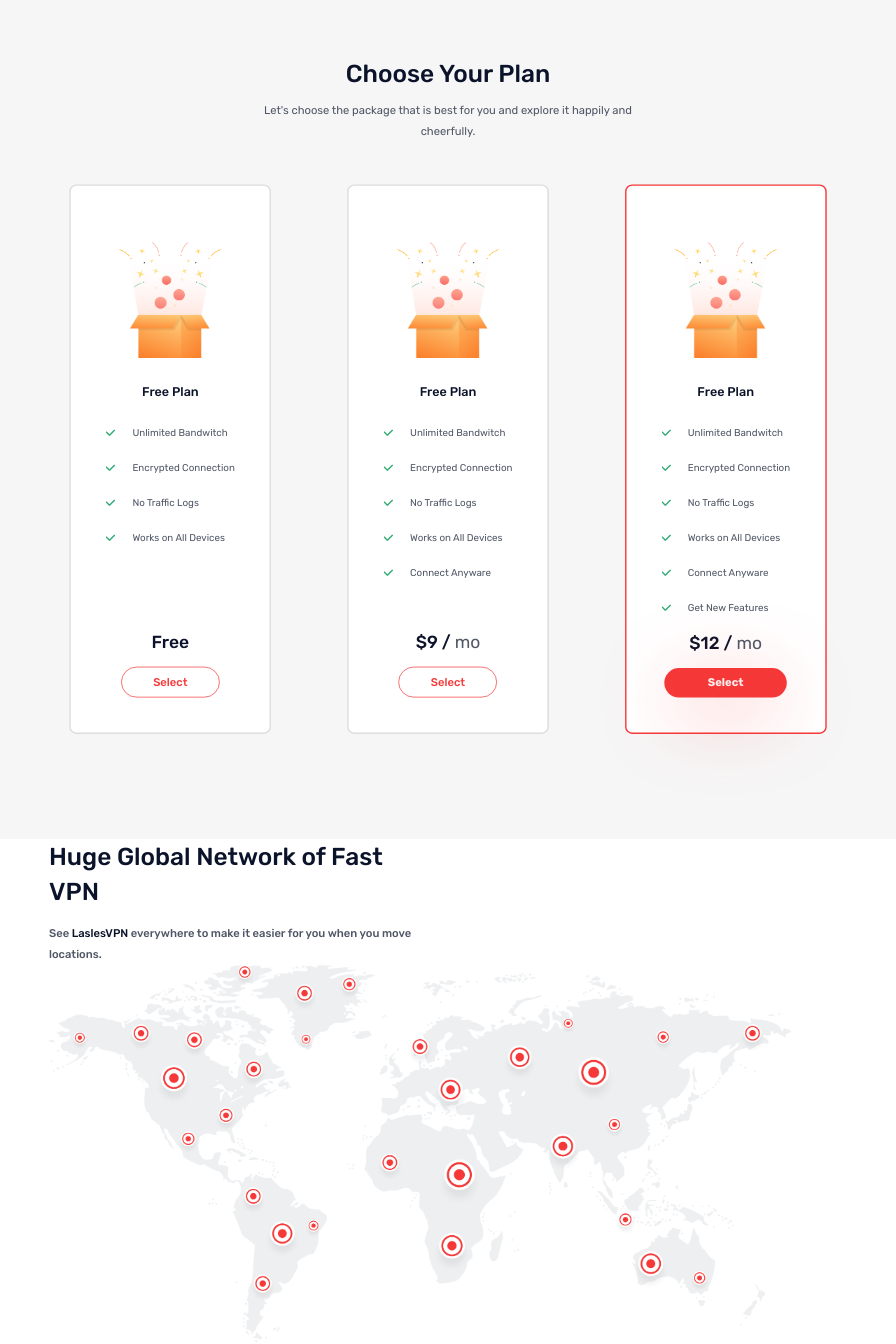
Repository: PhamTrungNguyen/LuyenTap
Page: LT_Figma/index.html
These files come from the project's save history. The page is drawn as it stood at one moment and after the next save; the edit follows.
The browser window is 1280 px wide. The pictures show the part of the page from y = 1399 to 3319 px (the page is 3319 px tall before and 3215 px after), at 70% of full size.
Some web libraries are served in a nearby version. The style sheet was rebuilt from its Sass, Less or Tailwind sources for each picture, by a compiler version that may differ from the author's.

Above is the page before, as saved 2021-12-08 23:14:19.
Console error: TypeError: Cannot read properties of null (reading 'addEventListener')

### LT_Figma/index.html
<!DOCTYPE html>
<html lang="en">

<head>
  <meta charset="UTF-8" />
  <meta http-equiv="X-UA-Compatible" content="IE=edge" />
  <meta name="viewport" content="width=device-width, initial-scale=1.0" />
  <title>Lasles VPN</title>
  <link rel="stylesheet" href="./css/reset.css">
  <link rel="stylesheet" href="./css/app.css" />
  <!-- Link font chữ -->
  <link rel="preconnect" href="https://fonts.googleapis.com">
  <link rel="preconnect" href="https://fonts.gstatic.com" crossorigin>
  <link href="https://fonts.googleapis.com/css2?family=Rubik:wght@400;500;700&display=swap" rel="stylesheet">
</head>

<body>
  <div class="wrapper">
    <!-- ---------------------------------- Phần header ---------------------------------- -->
    <header class="header">
      <div class="container">
        <div class="header-container">
          <img srcset="./images/logo.png 2x" alt="" class="header-logo"> <!-- độ nét logo -->
          <ul class="menu">
            <li class="menu-item">
              <a href="#" class="menu-link">About</a>
            </li>
            <li class="menu-item">
              <a href="#" class="menu-link">Features</a>
            </li>
            <li class="menu-item">
              <a href="#" class="menu-link">Pricing</a>
            </li>
            <li class="menu-item">
              <a href="#" class="menu-link">Testimonials</a>
            </li>
            <li class="menu-item">
              <a href="#" class="menu-link">Help</a>
            </li>
          </ul>
          <div class="header-user">
            <a href="#" class="header-user_in">Sign In</a>
            <a href="#" class="button button--outline">Sign Up</a>
          </div>
        </div>
      </div>
    </header>

    <!-- ---------------------------------- Phần hero ---------------------------------- -->
    <section class="hero">
      <div class="container">
        <div class="hero-container">
          <div class="hero-content">
            <h2 class="hero-content_heading">Want anything to be easy with LaslesVPN.</h2>
            <span class="hero-content_desc">Provide a network for all your needs with ease and fun using
              <strong>LaslesVPN</strong> discover interesting features from us.</span>
            <a href="#" class="button button--primary">Get Started</a>
          </div>
          <div class="hero-image">
            <img srcset="./images/hero-image.png 2x" alt="">
          </div>
        </div>
      </div>
    </section>

    <!-- ---------------------------------- Phần intro ---------------------------------- -->
    <section class="intro">
      <div class="container">
        <div class="intro-container">
          <div class="intro-item">
              <div class="intro-item_user">
                <img srcset="./images/user.png 2x" alt="">
              </div>
              <div class="intro-item_info">
                <h2 class="intro-item_info__number">90+</h2>
                <span class="intro-item_intro__desc">Users</span>
              </div>
          </div>
          <div class="intro-item">
              <div class="intro-item_user">
                <img srcset="./images/location.png 2x" alt="">
              </div>
              <div class="intro-item_info">
                <h2 class="intro-item_info__number">30+</h2>
                <span class="intro-item_intro__desc">Locations</span>
              </div>
          </div>
          <div class="intro-item">
              <div class="intro-item_user">
                <img srcset="./images/server.png 2x" alt="">
              </div>
              <div class="intro-item_info">
                <h2 class="intro-item_info__number">50+</h2>
                <span class="intro-item_intro__desc">Servers</span>
              </div>
          </div>
        </div>
      </div>
    </section>
     <!-- ---------------------------------- Phần Features ---------------------------------- -->
     <section class="feature">
       <div class="container">
         <div class="feature-container">
           <div class="feature-image">
             <img srcset="./images/feature-image.png 2x" alt="">
           </div>
           <div class="feature-content">
             <h3 class="feature-title">We Provide Many Features You Can Use</h3>
             <span class="feature-desc">You can explore the features that we provide with fun and have their own functions each feature.</span>
             <ul class="feature-list">
               <li class="feature-item">
                 <img src="./images/icon-check.svg" alt="" class="feature-item_check">
                 <span class="feature-item_text">Powerfull online protection.</span>
               </li>
               <li class="feature-item">
                 <img src="./images/icon-check.svg" alt="" class="feature-item_check">
                 <span class="feature-item_text">Powerfull online protection.</span>
               </li>
               <li class="feature-item">
                 <img src="./images/icon-check.svg" alt="" class="feature-item_check">
                 <span class="feature-item_text">Powerfull online protection.</span>
               </li>
               <li class="feature-item">
                 <img src="./images/icon-check.svg" alt="" class="feature-item_check">
                 <span class="feature-item_text">Powerfull online protection.</span>
               </li>
             </ul>
           </div>
         </div>
       </div>
     </section>

     <!-- ---------------------------------- Phần Plan ---------------------------------- -->
     <main>
       <section class="plan">
         <div class="container">
           <div class="plan-container">
             <div class="plan-heading">
               <h3 class="plan-heading_title">Choose Your Plan</h3>
               <span class="plan-heading_desc">Let's choose the package that is best for you and explore it happily and cheerfully.</span>
             </div>
             <div class="plan-main">
               <div class="plan-item">
                 <div class="plan-item_image">
                   <img srcset="./images/plan.png 2x" alt="">
                 </div>
                 <h3 class="plan-item_title">Free Plan</h3>
                 <ul class="plan-item--list">
                   <li class="plan-item_text">
                     <img src="./images/icon-check-line.svg" alt="" class="plan-item_icon">
                     <span class="plan-item_desc">Unlimited Bandwitch</span>
                   </li>
                   <li class="plan-item_text">
                     <img src="./images/icon-check-line.svg" alt="" class="plan-item_icon">
                     <span class="plan-item_desc">Encrypted Connection</span>
                   </li>
                   <li class="plan-item_text">
                     <img src="./images/icon-check-line.svg" alt="" class="plan-item_icon">
                     <span class="plan-item_desc">No Traffic Logs</span>
                   </li>
                   <li class="plan-item_text">
                     <img src="./images/icon-check-line.svg" alt="" class="plan-item_icon">
                     <span class="plan-item_desc">Works on All Devices</span>
                   </li>
                 </ul>
                 <h2 class="plan-item_free">Free</h2>
                 <a href="#" class="button button--outline">Select</a>
               </div>
               <div class="plan-item">
                 <div class="plan-item_image">
                   <img srcset="./images/plan.png 2x" alt="">
                 </div>
                 <h3 class="plan-item_title">Free Plan</h3>
                 <ul class="plan-item--list">
                   <li class="plan-item_text">
                     <img src="./images/icon-check-line.svg" alt="" class="plan-item_icon">
                     <span class="plan-item_desc">Unlimited Bandwitch</span>
                   </li>
                   <li class="plan-item_text">
                     <img src="./images/icon-check-line.svg" alt="" class="plan-item_icon">
                     <span class="plan-item_desc">Encrypted Connection</span>
                   </li>
                   <li class="plan-item_text">
                     <img src="./images/icon-check-line.svg" alt="" class="plan-item_icon">
                     <span class="plan-item_desc">No Traffic Logs</span>
                   </li>
                   <li class="plan-item_text">
                     <img src="./images/icon-check-line.svg" alt="" class="plan-item_icon">
                     <span class="plan-item_desc">Works on All Devices</span>
                   </li>
                   <li class="plan-item_text">
                     <img src="./images/icon-check-line.svg" alt="" class="plan-item_icon">
                     <span class="plan-item_desc">Connect Anyware</span>
                   </li>
                 </ul>
                 <h2 class="plan-item_free">$9 / <span>mo</span></h2>
                 <a href="#" class="button button--outline">Select</a>
               </div>
               <div class="plan-item plan-active">
                 <div class="plan-item_image">
                   <img srcset="./images/plan.png 2x" alt="">
                 </div>
                 <h3 class="plan-item_title">Free Plan</h3>
                 <ul class="plan-item--list">
                   <li class="plan-item_text">
                     <img src="./images/icon-check-line.svg" alt="" class="plan-item_icon">
                     <span class="plan-item_desc">Unlimited Bandwitch</span>
                   </li>
                   <li class="plan-item_text">
                     <img src="./images/icon-check-line.svg" alt="" class="plan-item_icon">
                     <span class="plan-item_desc">Encrypted Connection</span>
                   </li>
                   <li class="plan-item_text">
                     <img src="./images/icon-check-line.svg" alt="" class="plan-item_icon">
                     <span class="plan-item_desc">No Traffic Logs</span>
                   </li>
                   <li class="plan-item_text">
                     <img src="./images/icon-check-line.svg" alt="" class="plan-item_icon">
                     <span class="plan-item_desc">Works on All Devices</span>
                   </li>
                   <li class="plan-item_text">
                     <img src="./images/icon-check-line.svg" alt="" class="plan-item_icon">
                     <span class="plan-item_desc">Connect Anyware</span>
                   </li>
                   <li class="plan-item_text">
                     <img src="./images/icon-check-line.svg" alt="" class="plan-item_icon">
                     <span class="plan-item_desc">Get New Features</span>
                   </li>
                 </ul>
                 <h2 class="plan-item_free">$12 / <span>mo</span></h2>
                 <a href="#" class="button button--rounded">Select</a>
               </div>
             </div>
           </div>
         </div>
       </section>
       <!-- ---------------------------------- Phần network ---------------------------------- -->
       <section class="network">
         <div class="container">
           <div class="network-container">
             <div class="network-heading">
               <h2 class="network-heading_title">Huge Global Network of Fast VPN</h2>
               <span class="network-heading_desc">See <strong>LaslesVPN</strong> everywhere to make it easier for you when you move locations.</span>
             </div>
             <div class="network-image">
               <img srcset="./images/network-image.png 2x" alt="">
             </div>
           </div>
         </div>
       </section>
     </main>

  </div>

  <script type="text/javascript" src="https://code.jquery.com/jquery-1.11.0.min.js"></script>
  <script type="text/javascript" src="https://code.jquery.com/jquery-migrate-1.2.1.min.js"></script>
  <script type="text/javascript" src="https://cdn.jsdelivr.net/npm/slick-carousel@1.8.1/slick/slick.min.js"></script>
  <script src="./scripts/app.js"></script>
  <!-- sass ./sass/app.scss ./css/app.css --watch -->
</body>

</html>

### LT_Figma/css/reset.css
/* http://meyerweb.com/eric/tools/css/reset/
   v2.0 | 20110126
   License: none (public domain)
*/

html,
body,
div,
span,
applet,
object,
iframe,
h1,
h2,
h3,
h4,
h5,
h6,
p,
blockquote,
pre,
a,
abbr,
acronym,
address,
big,
cite,
code,
del,
dfn,
em,
img,
ins,
kbd,
q,
s,
samp,
small,
strike,
strong,
sub,
sup,
tt,
var,
b,
u,
i,
center,
dl,
dt,
dd,
ol,
ul,
li,
fieldset,
form,
label,
legend,
table,
caption,
tbody,
tfoot,
thead,
tr,
th,
td,
article,
aside,
canvas,
details,
embed,
figure,
figcaption,
footer,
header,
hgroup,
menu,
nav,
output,
ruby,
section,
summary,
time,
mark,
audio,
video {
  margin: 0;
  padding: 0;
  border: 0;
  font-size: 100%;
  font: inherit;
  vertical-align: baseline;
}
/* HTML5 display-role reset for older browsers */
article,
aside,
details,
figcaption,
figure,
footer,
header,
hgroup,
menu,
nav,
section {
  display: block;
}
body {
  line-height: 1;
}
ol,
ul {
  list-style: none;
}
blockquote,
q {
  quotes: none;
}
blockquote:before,
blockquote:after,
q:before,
q:after {
  content: "";
  content: none;
}
table {
  border-collapse: collapse;
  border-spacing: 0;
}

### LT_Figma/sass/app.scss
@import "reset";
@import "variables";
@import "global";

@import "header";
@import "hero";
@import "intro";
@import "feature";
@import "plan";
@import "network";

### LT_Figma/sass/_reset.scss
/* http://meyerweb.com/eric/tools/css/reset/
   v2.0 | 20110126
   License: none (public domain)
*/

html,
body,
div,
span,
applet,
object,
iframe,
h1,
h2,
h3,
h4,
h5,
h6,
p,
blockquote,
pre,
a,
abbr,
acronym,
address,
big,
cite,
code,
del,
dfn,
em,
img,
ins,
kbd,
q,
s,
samp,
small,
strike,
strong,
sub,
sup,
tt,
var,
b,
u,
i,
center,
dl,
dt,
dd,
ol,
ul,
li,
fieldset,
form,
label,
legend,
table,
caption,
tbody,
tfoot,
thead,
tr,
th,
td,
article,
aside,
canvas,
details,
embed,
figure,
figcaption,
footer,
header,
hgroup,
menu,
nav,
output,
ruby,
section,
summary,
time,
mark,
audio,
video {
  margin: 0;
  padding: 0;
  border: 0;
  font-size: 100%;
  font: inherit;
  vertical-align: baseline;
  text-decoration: none;
}
/* HTML5 display-role reset for older browsers */
article,
aside,
details,
figcaption,
figure,
footer,
header,
hgroup,
menu,
nav,
section {
  display: block;
}
body {
  line-height: 1;
}
ol,
ul {
  list-style: none;
}
blockquote,
q {
  quotes: none;
}
blockquote:before,
blockquote:after,
q:before,
q:after {
  content: "";
  content: none;
}
table {
  border-collapse: collapse;
  border-spacing: 0;
}
*,
*:after,
*:before {
  margin: 0;
  padding: 0;
  box-sizing: border-box;
}

### LT_Figma/sass/_variables.scss
$font-1: "Rubik", sans-serif;
$text-color: #4F5665;
$title-color: #0b132a;
$red-color: #F53838;
$gray-color: #dde0e4;
$gray-light-color: #f8f8f8;
$gray-lighter-color: #ddd;

### LT_Figma/sass/_global.scss
body {
  line-height: 1;
  font-family: $font-1;
  color: $text-color;
  font-weight: 400;
  font-size: 16px;
  background-color: white;
}
html {
  font-size: 62.5%;
}
button {
  cursor: pointer;
  outline: none;
  border: none;
  font-family: $font-1;
}
.wrapper {
  // lớp bao ngoài
  max-width: 1440px;
  margin: 0 auto;
}
.container {
  // container bên trong
  max-width: 1240px;
  margin: 0 auto;
  padding: 0 50px;
}
.button {
  display: inline-block;
  padding: 13px 45px;
  border-radius: 100rem;
  font-family: $font-1;
  line-height: 1;
  font-size: 16px;
  cursor: pointer;
  border: none;
  outline: none;

  &--primary {
    font-weight: 700;
    background-color: $red-color;
    color: white;
    border-radius: 10px;
    padding: 17px 77px;
    position: relative;
    &:after {
      content: "";
      background: rgba(245, 56, 56, 0.979);
      filter: blur(26px);
      position: absolute;
      top: 80%;
      left: 50%;
      transform: translate(-50%, -50%);
      width: 80%;
      height: 100%;
      z-index: -1;
    }
  }
  &--outline {
    background-color: transparent;
    color: $red-color;
    font-weight: 500;
    border: 1px solid;
  }
  &--rounded {
    font-weight: 700;
    background-color: $red-color;
    color: white;
    padding: 13px 62px;
    position: relative;
    z-index: 2;
    &:after {
      content: "";
      position: absolute;
      top: 0;
      left: 50%;
      width: 90%;
      height: 100%;
      transform: translate(-50%, 50%);
      background-color: rgba(245, 56, 56, 0.35);
      filter: blur(54px);
      border-radius: inherit;
    }
  }
}

### LT_Figma/sass/_header.scss
.header {
  padding-top: 50px;
  padding-bottom: 90px;
  &-container {
    display: flex;
    justify-content: space-between;
    align-items: center;
    flex-wrap: wrap;
    position: relative;
  }
  &-user {
    font-weight: 500;
    &_in {
      margin-right: 3rem;
      color: $title-color;
    }
  }
}
.menu {
  display: flex;
  align-items: center;
  list-style: none;
  gap: 0 40px;
  &-link {
    color: $text-color;
  }
}
@media screen and (max-width: 1023px) {
  .header-user {
    position: absolute;
    right: 0;
    top: 80%;
    transform: translateY(50%);
  }
}
@media  screen and (max-width:767px){
  .menu{
    display: none;
  }

}

### LT_Figma/sass/_hero.scss
.hero {
  padding-bottom: 100px;
  &-container {
    display: flex;
    justify-content: space-between;
    align-items: center;
    gap: 0 40px;
    position: relative;
  }
  &-content {
    width: 100%;
    max-width: 555px;
    &_heading {
      font-weight: 500;
      color: $title-color;
      font-size: 50px;
      line-height: calc(70 / 50);
      margin-bottom: 2rem;
    }
    &_desc {
      display: block;
      line-height: calc(30 / 16);
      margin-bottom: 5rem;
      strong {
        font-weight: 500;
      }
    }
  }
  &-image {
    // đỡ mất kích thước của ảnh
    position: absolute;
    top: 50%;
    right: 0;
    transform: translate(40px, -50%);
  }

}
@media  screen and (max-width:1279px){
  .hero-image {
    // đỡ mất kích thước của ảnh
    position:inherit;
    transform: none;
    img{
      width: 100%;
    }
  }
  .hero-content {
    width: 100%;
    max-width: 455px;
}
  .hero-content_heading {

    font-size: 45px;

}

}
@media screen and (max-width: 1023px) {
  .hero-content_heading {
    color: #0b132a;
    font-size: 30px;
  }
}
@media  screen and (max-width:767px){
    .hero-container {
        flex-direction: column-reverse;
        gap: 50px 0;
    }
    .hero-content_heading {
        color: #0b132a;
        font-size: 23px;
    }



}

### LT_Figma/sass/_intro.scss
.intro {
  margin-bottom: 95px;
  &-container {
    padding: 37px 0;
    box-shadow: 0 42px 114px 0 rgba(13, 16, 37, 0.226);
    display: grid;
    grid-template-columns: repeat(3, minmax(0, 1fr));
    border-radius: 10px;
    background-color: #fff;
  }
  &-item {
    display: flex;
    justify-content: center;
    align-items: center;

    &_user {
      margin-right: 2rem;
    }
    &_info {
      &__number {
        font-weight: 700;
        font-size: 25px;
        margin-bottom: 6px;
        line-height: calc(30 / 25);
      }
      &__desc{
        line-height: calc(30 / 20);
      }
    }
    height: 125px;
  }
}
@media screen and (min-width: 768px) {
  .intro-item:nth-child(2) {
    border-right: 2px solid #eeeff2;
    border-left: 2px solid #eeeff2;
  }
}

@media screen and (max-width: 767px) {
  .intro-container {
    grid-template-columns: 100%;
  }
  .intro-item {
    flex-direction: row;
    // text-align: center;
  }
  .intro-item:nth-child(2){
      padding-left: 2rem;

  }
}

### LT_Figma/sass/_feature.scss
.feature{
    padding-bottom: 7rem;
    &-container{
        display:flex;
        justify-content: space-between;
        align-items: center;
        gap: 0 170px;
    }
    &-image{
        // width: 100%;
    }
    &-content{

    }
    &-title{
        color:$title-color;
        font-weight: 500;
        font-size: 35px;
        line-height: calc(50/35);
        margin-bottom: 2rem;
    }
    &-desc{
        line-height: calc(30/16);
        margin-bottom: 2rem;
    }
    &-item{
        // list-style: none;
        &_check{
            margin-right: 1rem;
        }
        display: flex;
        align-items: center;
        margin-bottom: 2rem;
    }
}
@media  screen and (max-width:1279px){
    .feature-container {
        gap: 0 90px;
    }

}
@media  screen and (max-width:1023px){
    .feature-image {
        img{
            width: 155%;
        }
    }
    .feature-container {
        gap: 0 150px;
    }

}
@media  screen and (max-width:767px){
    .feature-container {
        flex-direction: column;
    }
    .feature-image img {
        width: 100%;
    }
    .feature-container {
        gap: 50px 0;
    }
    .feature-content{
        display: flex;
        flex-direction: column;
        align-items: center;
        margin: 0 auto;
    }

}

### LT_Figma/sass/_plan.scss
.plan{
    background-color: #F6F6F6;
    padding-bottom: 15rem;
    z-index: -2;
    &-heading{
        padding-top: 10rem;
        margin: 0 auto;
        text-align: center;
        max-width:530px;
        margin-bottom: 6rem;
        &_title{
            font-weight: 500;
            font-size: 35px;
            margin-bottom: 2rem;
            color:$title-color;
        }
        &_desc{
            line-height: calc(30 /16);
        }
    }
    &-main{
        display: grid;
        grid-template-columns: repeat(3, 1fr);
        gap: 0 50px;

    }
    &-item{
        border: 2px solid #DDDDDD;
        background-color: #FFFFFF;
        border-radius:10px;
        margin:0 auto;
        display: flex;
        flex-direction: column;
        align-items: center;
        padding: 80px 50px 50px;
        &_image{
            margin-bottom: 30px;
        }
        &_title{
            color:$title-color;
            font-weight: 500;
            font-size: 18px;
            line-height: calc(30/18);
            margin-bottom: 3rem;
        }
        &_text{
            margin-bottom: 2rem;
        }
        &_icon{
            margin-right: 2rem;
        }
        &_desc{
            font-size: 14px;
            line-height: calc(30/14);
        }
        &_free{
            margin-top: auto;
            font-weight: 500;
            font-size: 25px;
            line-height: calc(30/25);
            color:$title-color;
            margin-bottom: 2rem;
            span{
                font-weight: 400;
                color:$text-color;
            }
        }

    }
    &-item.plan-active,
    &-item:hover{
        transition: all 0.5s ease;
        border: 2px solid $red-color;
        .button{
            transition: all 0.5s ease;
            background-color: $red-color;
            color:white;
        }
    }
}

### LT_Figma/sass/_network.scss
.network
{
    &-heading{
        max-width:555px;
        &_title{
            font-weight: 500;
            font-size: 35px;
            margin-bottom: 2rem;
            color:$title-color;
            line-height: calc(50/35);
        }
        &_desc{
            font-weight: 500;
            line-height: calc(30/16);
            strong{
                color:$title-color;
            }
        }
    }
}

Loaded but not shown: LT_Figma/scripts/app.js (39 lines, source omitted)

After the next save:
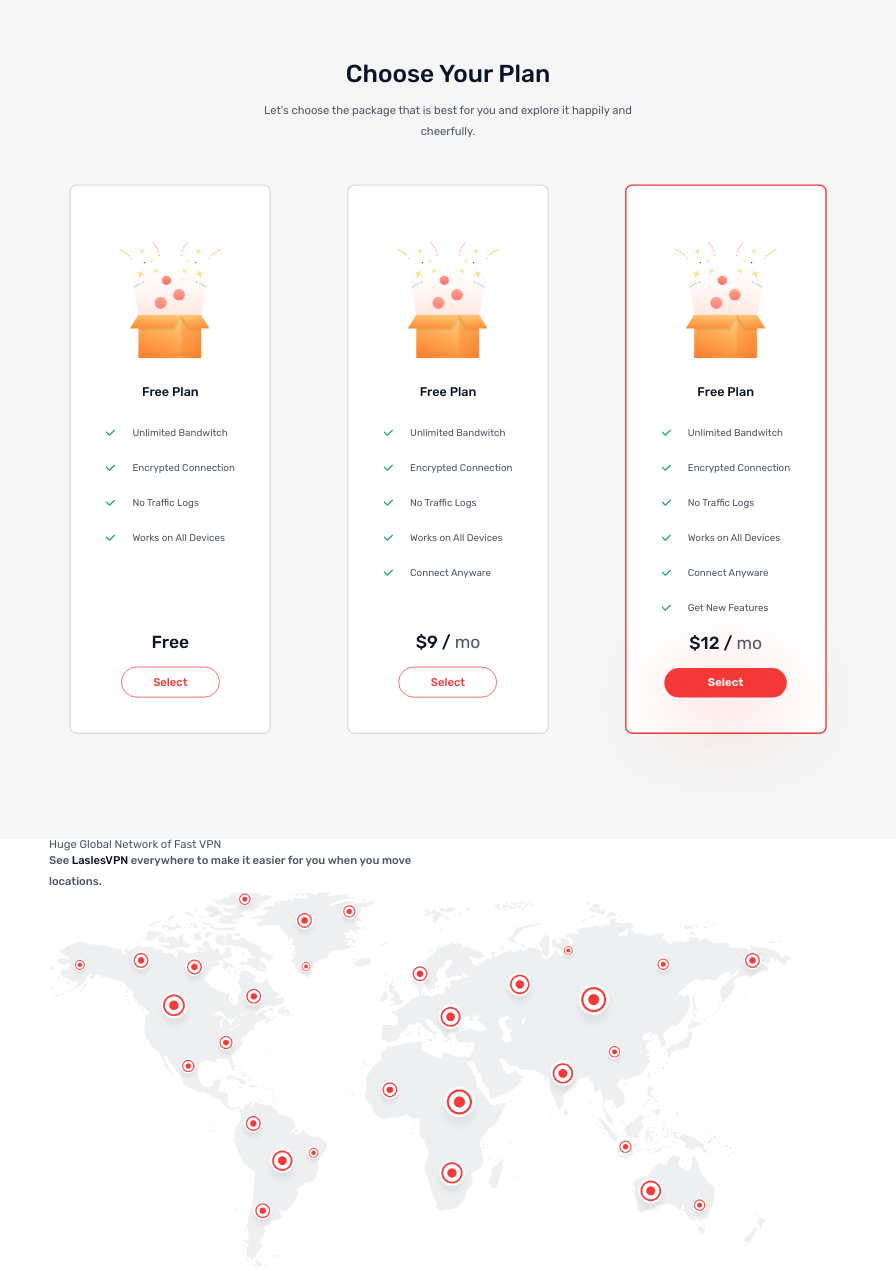
Saved 6 s later.
--- a/LT_Figma/sass/_network.scss
+++ b/LT_Figma/sass/_network.scss
@@ -2,6 +2,7 @@
 {
     &-heading{
         max-width:555px;
+        ma
         &_title{
             font-weight: 500;
             font-size: 35px;
